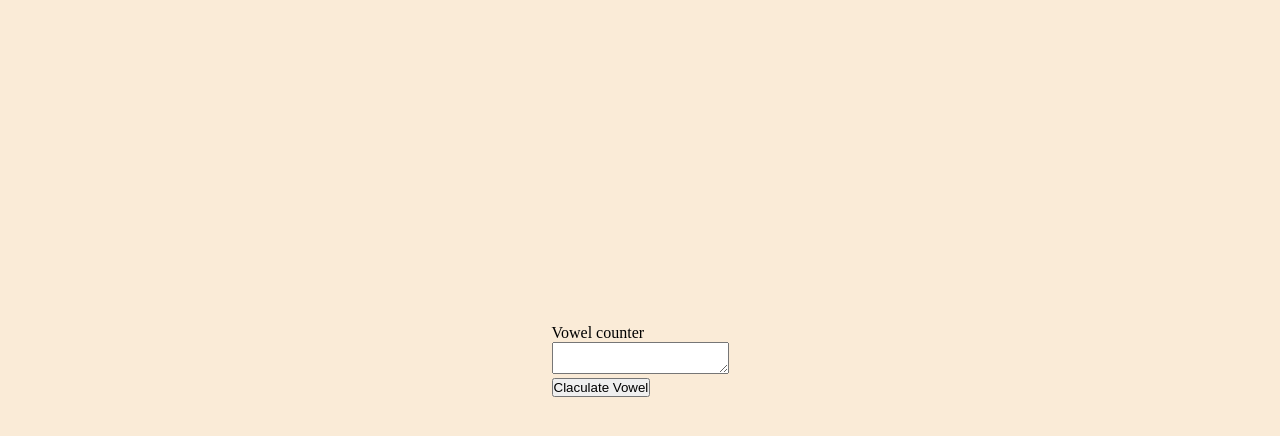
Repository: JunaidAnsari202/Vowel-counter
Page: index.html
An editor plug-in stored every save of this project. The page is shown before and after a run of saves, followed by the edit.
The browser window is 1280 px wide. The pictures show the whole page.

Above is the page before, as saved 2024-10-17 11:36:36.

After the next 15 saves:
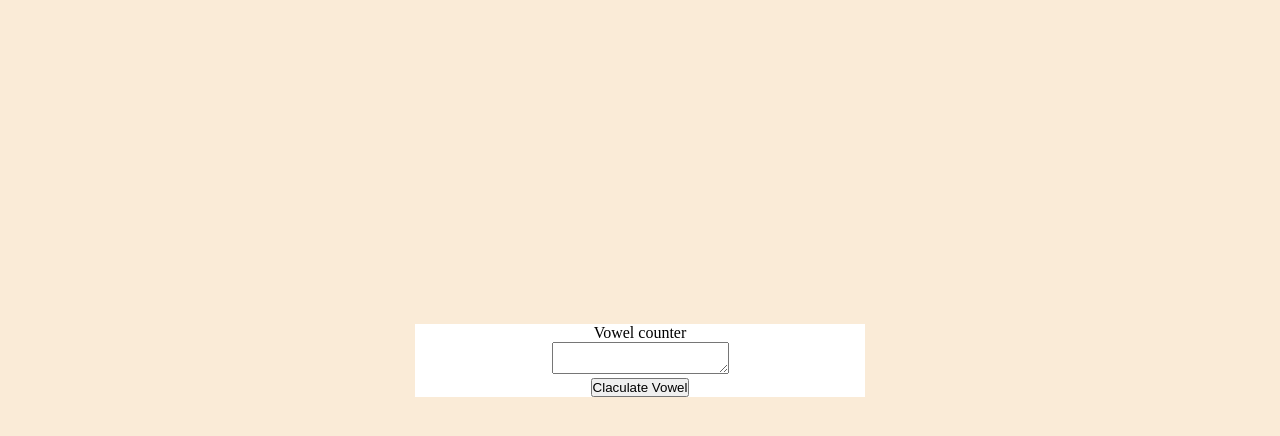
The 15 saves are shown as one change because they came seconds apart.
The last was saved 27 s later.
--- a/style.css
+++ b/style.css
@@ -14,5 +14,8 @@
 }
 
 .container{
+    width: 450px;
+    text-align: center;
+    background-color: white;
 
 }
